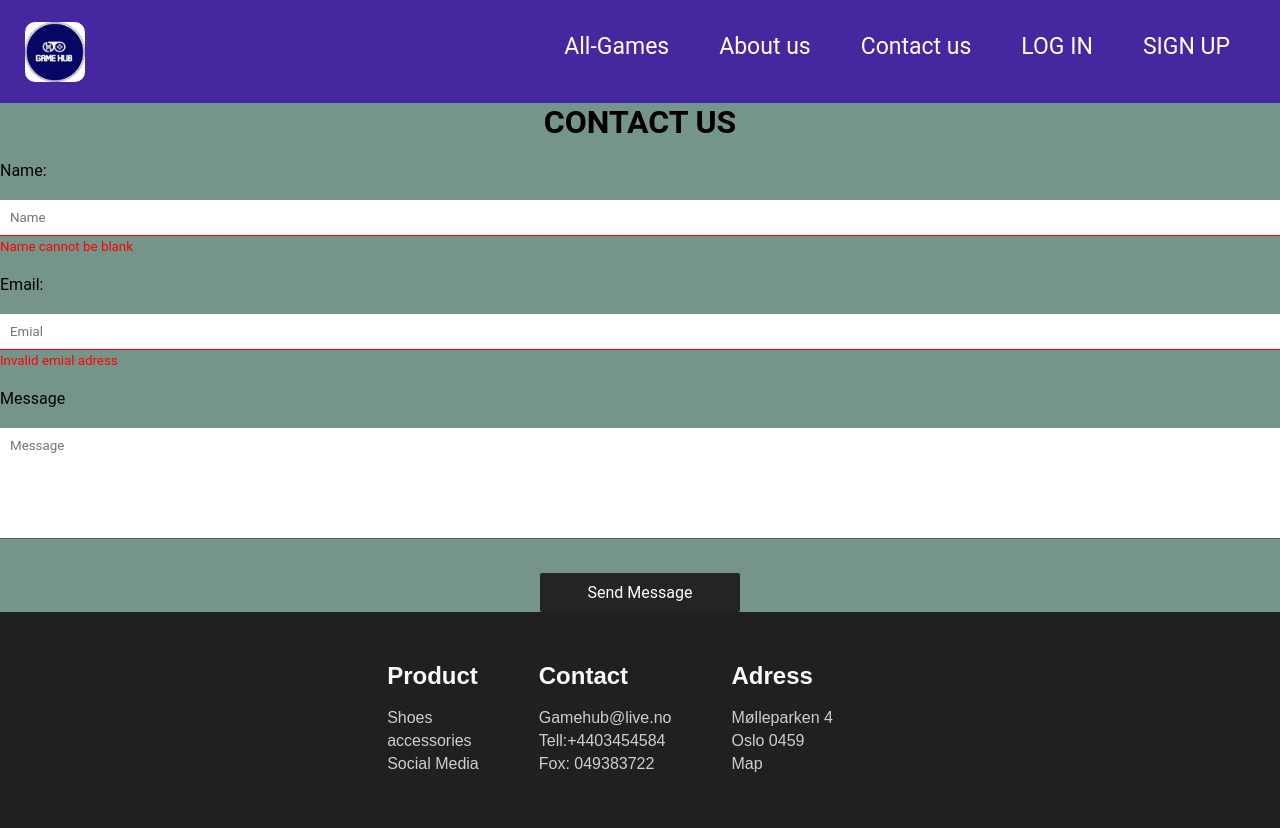
Repository: Fariaddd/HTML-CSS-reset
Page: concats.html
The author's editor kept a copy of each file at every save. The page is drawn from the files as they stood at one save, then again after the next save.
The browser window is 1280 px wide. The pictures show the whole page.
Some web fonts or font styles are not loaded; a fallback is used. Some web libraries are served in a nearby version.

Above is the page before, as saved 2022-04-30 20:29:56.
Console error: SyntaxError: Unexpected end of input

### concats.html
<!DOCTYPE html>
<html lang="en">
  <head>
    <meta charset="UTF-8" />
    <meta http-equiv="X-UA-Compatible" content="IE=edge" />
    <meta name="viewport" content="width=device-width, initial-scale=1.0" />
    <title>Contact Form</title>
    <link rel="stylesheet" href="style/contact.css" />
    <link rel="stylesheet" href="style/login.css">
    <link rel="stylesheet" href="style/index.css" />
    <script src="./script/contact.js" defer ></script>
    <script
      src="https://kit.fontawesome.com/64d58efce2.js"
      crossorigin="anonymous"
    ></script>
  </head>
  <header class="header">
    <div class="logo">
        <a href="./index.html">
          <img src="./img/Gamehub.png" alt="Gamehub-logo"
        /></a>
      </div>
      <div class="navigation">
          <input type="chechbox"
          class="toggle-menu">
          <div class="hamburger"></div>
        <ul class="menu">
          <li><a href="./all-games.html">All-Games</a></li>
          <li><a href="./about.html">About us</a></li>
          <li><a href="./concats.html">Contact us</a></li>
        </ul>
        <ul class="menu ">
            <li>
              <a href="./login.html" >LOG IN</a>
            </li>
            <li>
              <a href="./sign.html" >SIGN UP</a>
            </li>
      </div>
  </header>
  <body>
   <div>
    <form>
      <h1>CONTACT US</h1>
      <label for="name">Name:</label>
      <input type="text" id="name" placeholder="Name" class="error-border">
      <small class="error">Name cannot be blank</small>
      <label for="email">Email:</label>
      <input type="text" id="email" placeholder="Emial" class="error-border">
      <small class="error">Invalid emial adress</small>
      <label for="message">Message</label>
      <textarea id="message" placeholder="Message" rows="6"></textarea>
      <small class="error"></small>
      <div class="btn">
        <input type="submit" value="Send Message">
        <p id="success"></p>
      </div>
    </form>
  </div>
      <footer>
        <div class="footer-container">
          <nav class="footer-navv">
            <ul>
              <h3>Product</h3>
              <br />
              <li>Shoes</li>
              <li>accessories</li>
              <li>Social Media</li>
            </ul>
          </nav>
          <nav class="footer-navv">
            <ul>
              <h3>Contact</h3>
              <br />
              <li>Gamehub@live.no</li>
              <li>Tell:+4403454584</li>
              <li>Fox: 049383722</li>
            </ul>
          </nav>
          <nav class="footer-navv">
            <ul>
              <h3>Adress</h3>
              <br />
              <li>Mølleparken 4</li>
              <li>Oslo 0459</li>
              <li>Map</li>
            </ul>
          </nav>
        </div>
      </footer>
    <script src="./js/script.js"></script>
  </body>
</html>

### style/contact.css
h1 {
  text-align: center;
}

label {
  display: block;
  margin: 20px 0;
}

input,
textarea {
  width: 100%;
  padding: 10px;
  box-sizing: border-box;
  resize: none;
  border: none;
  outline: none;
  border-bottom: 1px solid rgb(90, 90, 90);
}

input[type="text"]:focus,
textarea:focus {
  border-bottom: 2px solid red;
}

.btn {
  text-align: center;
}

input[type="submit"] {
  text-align: center;
  margin-top: 30px;
  width: 90%;
  max-width: 200px;
  background-color: rgb(36, 36, 36);
  color: white;
  font-size: 16px;
  cursor: pointer;
  border-radius: 2px;
  border-bottom: none;
}
input[type="submit"]:hover {
  background-color: orange;
}

.error {
  color: red;
}
.success {
  color: #28a745;
}

.error-border {
  border-bottom: 1px solid red;
}
.success-border {
  border-bottom: 1px #28a745;
}

### style/login.css
@import url("https://fonts.googleapis.com/css2?family=Hubballi&display=swap");

.section-container {
  width: 100%;
  display: flex;
  justify-content: center;
  font-family: "Hubballi", cursive;
}

.text-container {
  margin-top: 20px;
}

.container-input {
  display: flex;
  flex-direction: column;
  margin-top: 25px;
}
.input-box {
  width: 100%;
  border: 1px solid black;
  height: 40px;
}

#logginn-btn {
  background-color: rgb(32, 32, 32);
  color: white;
  margin-top: 25px;
  width: 150px;
  height: 40px;
}

#logginn-btn:hover {
  background-color: rgb(233, 132, 0);
}
p {
  margin-top: 5px;
}

.or-container {
  display: flex;
  flex-direction: row;
}

.or-box {
  background-color: white;
  margin: 10px 10px 50px 0px;
  border: 1px solid black;
  width: 150px;
  height: 40px;
}

### style/index.css
/*@import url("https://fonts.googleepis.com/css?family=roboto:300,400,500,600,700,800,900&display=swap");*/

* {
  font-family: "Roboto";
  margin: 0;
  padding: 0;
  box-sizing: border-box;
}

body {
  background-color: rgb(117, 148, 138);
}
.header {
  position: relative;
  width: 100%;
  display: flex;
  justify-content: space-between;
  align-items: center;
  background: #4527a0;
  padding: 0 25px;
  transition: 0.3s;
}

.logo a {
  display: block;
}

.logo a img {
  display: block;
  width: 60px;
  border-radius: 10px;
}

.navigation {
  display: flex;
  justify-content: space-between;
  align-items: center;
}
.menu {
  display: flex;
  justify-content: center;
  flex-direction: row;
  align-items: center;
  z-index: 1;
  transition: 0.5s;
}

.menu li {
  list-style-type: none;
}

.menu li a {
  color: #fff;
  text-decoration: none;
  display: block;
  padding: 30px 15px;
  font-size: 23px;
  line-height: 1;
  transition: 0.3s;
  padding: 35px 25px 45px 25px;
}

.menu li a:hover {
  box-shadow: 0 -5px 0 #fff inset, 500px 0 0 rgba(255, 255, 255, 0.03) inset;
}

.links {
  background-color: black;
  font-weight: bold;
  text-decoration: none;
  list-style-type: none;
}

.hamburger {
  position: relative;
  width: 30px;
  height: 4px;
  background: #fff;
  border-radius: 10px;
  cursor: pointer;
  z-index: 2;
  transition: 0.3s;
}

.hamburger:before,
.hamburger:after {
  content: "";
  position: absolute;
  height: 4px;
  right: 0;
  background: #fff;
  border-radius: 10px;
  transition: 0.3s;
}

.hamburger:before {
  top: -10px;
  width: 20px;
}
.hamburger:after {
  top: 10px;
  width: 20px;
}

.toggle-menu {
  position: absolute;
  width: 30px;
  height: 100%;
  z-index: 3;
  cursor: pointer;
  opacity: 0;
}

.hamburger,
.toggle-menu {
  display: none;
}

.navigation input:checked ~ .hamburger {
  background: transparent;
}

.navigation input:checked ~ .hamburger:before {
  top: 0;
  transform: rotate(-45deg);
  width: 30px;
}
.navigation input:checked ~ .hamburger:after {
  top: 0;
  transform: rotate(45deg);
  width: 30px;
}

.navigation input:checked ~ .menu {
  right: 0;
  box-shadow: -20px 0 40px rgba(0, 0, 0, 0.3);
}

/* main section */

.container {
  display: flex;
  justify-content: center;

  margin: 50px 100px;
}

.div-container {
  margin: 5px;
  width: 100%;
}

.img {
  width: 100%;
  height: 250px;
  object-fit: cover;
}

.text {
  margin-left: 10px;
}

button {
  margin-top: 10px;
  width: 150px;
  height: 40px;
}

h1 {
  text-align: center;
  text-decoration: none;
}
h2 {
  margin: 0;
}
p {
  margin: 0;
}
@media screen and (max-width: 768px) {
  .container {
    flex-direction: column;
    margin: 0px;
    text-align: center;
  }
}

/*footer*/

.footer-container {
  height: auto;
  background-color: rgb(32, 32, 32);
  display: flex;
  justify-content: center;
}

.footer-navv {
  margin: 50px 60px 50px 0px;
}
h3 {
  font-family: "League Spartan", sans-serif;
  font-size: 24px;
  color: rgb(250, 250, 250);
}

.footer-navv li {
  color: rgb(206, 206, 206);
  text-decoration: none;
  list-style: none;
  font-family: "League Spartan", sans-serif;
  font-size: 16px;
  margin-bottom: 5px;
}

@media screen and (max-width: 768px) {
  .footer-nav:nth-child(1) {
    display: none;
  }
}
@media screen and (max-width: 460px) {
  .footer-container {
    flex-direction: column;
    align-items: center;
  }
}

@media screen and (max-width: 768px) {
  .hamburger,
  .toggle-menu {
    display: block;
  }

  .header {
    padding: 10px 20px;
  }
  .menu {
    justify-content: start;
    flex-direction: column;
    align-items: center;
    position: fixed;
    top: 0;
    right: -300px;
    background: #4527a0;
    width: 300px;
    height: 100%;
    padding-top: 65px;
  }
  .menu li {
    width: 100%;
  }
  .menu li a,
  .menu li a:hover {
    padding: 30px;
    font-size: 24px;
    box-shadow: 0 1px 0 rgba(255, 255, 255, 0.1);
  }
}

/*Buy-game page*/
.img {
  background-image: url(/img/game.png);
}

### script.js
successful - wing.flywheelsites.com

const url = 'https://successful-wing.flywheelsites.com/wp-json/wc/store/products'

async function

### script/contact.js
const nameInput = document.querySelector("#name");
const email = document.querySelector("#email");
const message = document.querySelector("#message");
const success = document.querySelector("#success");
const errorNodes = document.querySelectorAll(".error");

function validateForm() {

    clearMessage();
    let errorFlag = false;

    if (nameInput.value.length < 1) {
        errorNodes[0].innerText = "Name cannot be blank";
        nameInput.classList.add("error-border")
        errorFlag = true;
    }
    if (!emailIsValid(email.value)) {
        errorNodes[1].innerText = "Invalid email address";
        email.classList.add("error-border")
        errorFlag = true;
    }
    if (message.value.length < 1) {
        errorNodes[2].innerText = "Please enter a message";
        message.classList.add("error-border")
        errorFlag = true;

        if (!errorFlag) {
            success.innerText = "Success!";

        }

    }
}
function clearMessage() {
    for (let i = 0; i < errorNodes.length; i++) {
        errorNodes[i].innerText = "";
    }
    success.innerText = "";
    nameInput.classList.remove("error-border")
    email.classList.remove("error-border")
    message.classList.remove("error-border")
    function emailIsValid(email) {
        let pattern = /\S+@\S+\.\S+/;
        return pattern.test(email);
    }

}

After the next save:
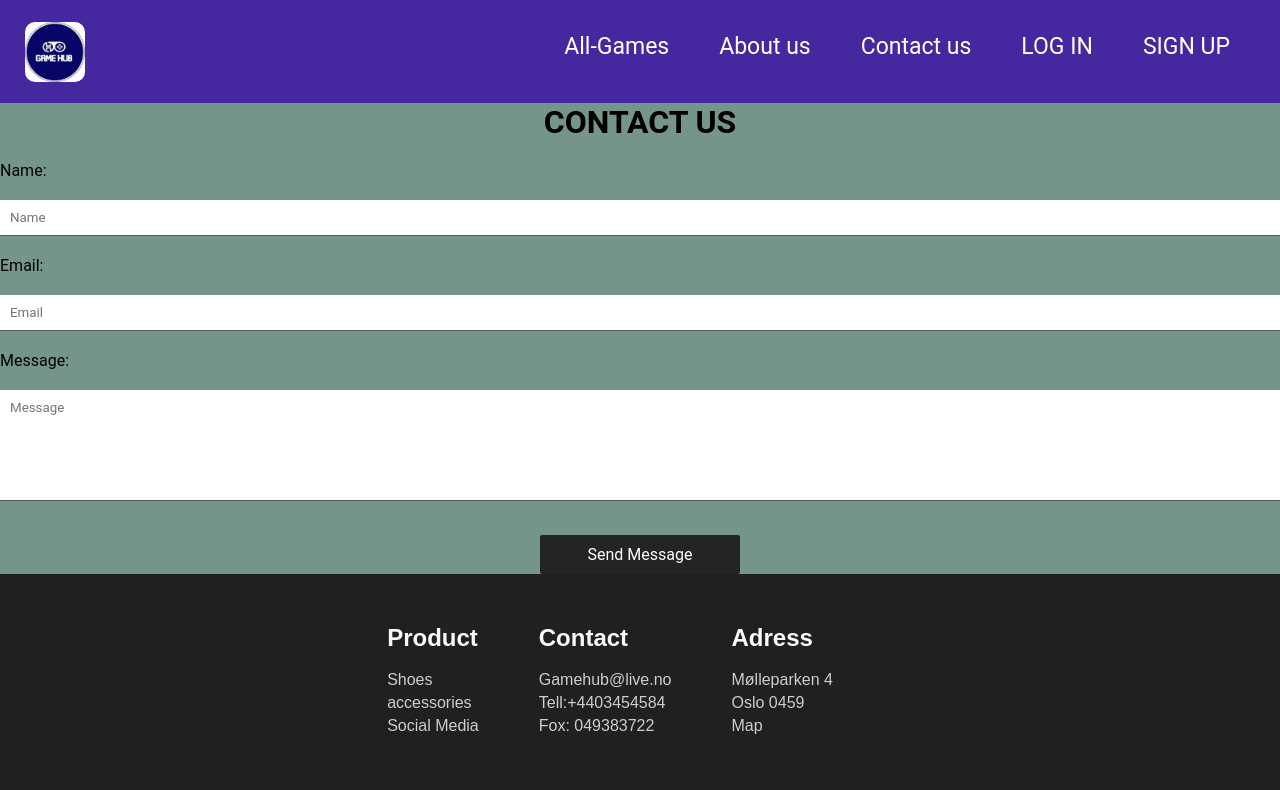
Saved 2 min 51 s later.
--- a/concats.html
+++ b/concats.html
@@ -39,24 +39,26 @@
       </div>
   </header>
   <body>
-   <div>
-    <form>
-      <h1>CONTACT US</h1>
-      <label for="name">Name:</label>
-      <input type="text" id="name" placeholder="Name" class="error-border">
-      <small class="error">Name cannot be blank</small>
-      <label for="email">Email:</label>
-      <input type="text" id="email" placeholder="Emial" class="error-border">
-      <small class="error">Invalid emial adress</small>
-      <label for="message">Message</label>
-      <textarea id="message" placeholder="Message" rows="6"></textarea>
-      <small class="error"></small>
-      <div class="btn">
-        <input type="submit" value="Send Message">
-        <p id="success"></p>
-      </div>
-    </form>
+   <main>
+    <div>
+      <form onsubmit="event.preventDefault(); validateForm()">
+          <h1>CONTACT US</h1>
+          <label for="name">Name:</label>
+          <input type="text" id="name" placeholder="Name">
+          <small class="error"></small>
+          <label for="email">Email:</label>
+          <input type="text" id="email" placeholder="Email">
+          <small class="error"></small>
+          <label for="message">Message:</label>
+          <textarea id="message" placeholder="Message" rows="6"></textarea>
+          <small class="error"></small>
+          <div class="btn">
+              <input type="submit" value="Send Message">
+          <p id="success"></p>
+          </div>
+      </form>
   </div>
+  </main>
       <footer>
         <div class="footer-container">
           <nav class="footer-navv">
